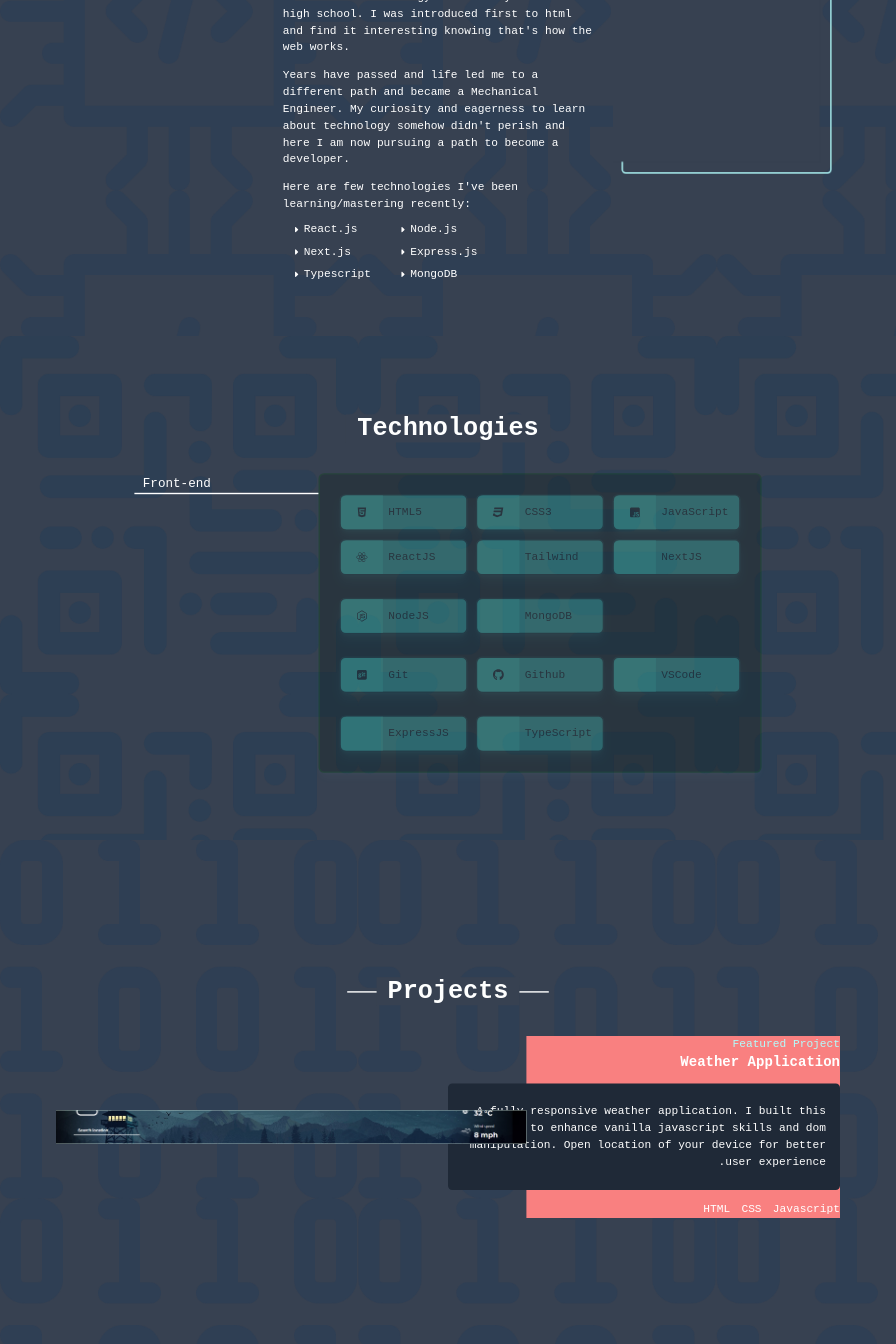
Repository: riandev25/nextjs-portfolio
Page: /
An editor plug-in stored every save of this project. The page is shown before and after the next save, followed by the edit.
The browser window is 1280 px wide. The pictures show the part of the page from y = 960 to 2880 px (the page is 2880 px tall), at 70% of full size.
Backgrounds fixed to the window are drawn as part of the page. The project was rebuilt for these pictures with package versions that can differ from the ones it lists, and the page was loaded fresh each time. The framework's server and built-in components were replaced by stand-ins that run in the browser. Also part of the build but not shown: next.config.js, components/Home/Keyboard/index.module.css, components/Home/Keyboard/index.jsx.

Above is the page before, as saved 2022-11-12 21:50:16.

### pages/_app.jsx
import Head from 'next/head';
import link from 'next/link';
import '../styles/globals.css';

import Layout from '../components/Layout';
import { ParallaxProvider } from 'react-scroll-parallax';

function MyApp({ Component, pageProps }) {
  return (
    <ParallaxProvider>
      <Head>
        <title>Rian Miguel Engracia</title>
        <meta name='viewport' content='initial-scale=1.0, width=device-width' />
        <link
          rel='apple-touch-icon'
          sizes='180x180'
          href='/apple-touch-icon.png'
        />
        <link
          rel='icon'
          type='image/png'
          sizes='32x32'
          href='/favicon-32x32.png'
        />
        <link
          rel='icon'
          type='image/png'
          sizes='16x16'
          href='/favicon-16x16.png'
        />
        <link rel='manifest' href='/site.webmanifest' />
        <link rel='mask-icon' href='/safari-pinned-tab.svg' color='#5bbad5' />
        <meta name='msapplication-TileColor' content='#2d89ef' />
        <meta name='theme-color' content='#ffffff' />
      </Head>
      <Layout>
        <Component {...pageProps} />
      </Layout>
    </ParallaxProvider>
  );
}

export default MyApp;

### pages/index.jsx
import Head from 'next/head';
import Image from 'next/image';
import Home from '../components/Home/Home';
import { Fragment } from 'react';
import Header from '../components/Header';
import About from '../components/About';
import Technologies from '../components/Technologies';
import Projects from '../components/Projects';

export default function Page() {
  return (
    <Fragment>
      <Header />
      <Home />
      <About />
      <Technologies />
      <Projects title='Projects' />
    </Fragment>
  );
}

### styles/globals.css
@tailwind base;
@tailwind components;
@tailwind utilities;

html,
body {
  padding: 0;
  margin: 0;
  /* font-family: 'Roboto', sans-serif; */
  font-family: monospace, sans-serif;
}

a {
  color: inherit;
  text-decoration: none;
}

* {
  box-sizing: border-box;
}

.image-filter {
  /* filter: invert(93%) sepia(19%) saturate(586%) hue-rotate(121deg)
    brightness(102%) contrast(97%); */
  filter: invert(93%) sepia(69%) saturate(347%) hue-rotate(120deg)
    brightness(104%) contrast(97%);
  opacity: 0.3;
  transition: filter 0.3s, opacity 0.3s;
}

.image-filter:hover {
  filter: none;
  opacity: 1;
}

@media (prefers-color-scheme: dark) {
  html {
    color-scheme: dark;
  }
  body {
    color: white;
    background: black;
  }
}

### components/Layout/index.jsx
import Header from '../Header';
import Email from '../Header/Email';

const Layout = ({ children }) => {
  return (
    <div className='relative w-full h-full bg-gray-700' dir='ltr'>
      <Header />
      <Email />
      {children}
    </div>
  );
};

export default Layout;

### components/Home/Home.jsx
import Link from 'next/link';
import Image from 'next/future/image';
import { useParallax } from 'react-scroll-parallax';
import styles from './index.module.css';
import DevImage from '../../assets/images/dev-image.svg';
import GithubImage from '../../assets/images/github-neon-fill.png';
import LinkedinImage from '../../assets/images/linkedin-neon-fill.png';
import FacebookImage from '../../assets/images/facebook-neon-fill.png';
import Keyboard from './Keyboard';
import { useState } from 'react';

export const images = [
  {
    id: 'github',
    imgSrc: GithubImage,
    link: 'https://github.com/riandev25',
  },
  {
    id: 'linkedin',
    imgSrc: LinkedinImage,
    link: 'https://www.linkedin.com/in/rian-miguel-engracia/',
  },
  {
    id: 'facebook',
    imgSrc: FacebookImage,
    link: 'https://web.facebook.com/rianmiguel.engracia',
  },
  {
    id: 'email',
    email: 'rianengracia@gmail.com',
  },
];

const nameArray = ['I', '&apos;', 'm', ' ', 'R', 'i', 'a', 'n'];
const jobArray = [
  'f',
  'u',
  'l',
  'l',
  ' ',
  's',
  't',
  'a',
  'c',
  'k',
  ' ',
  'd',
  'e',
  'v',
  'e',
  'l',
  'o',
  'p',
  'e',
  'r',
];

const Home = () => {
  const { ref } = useParallax({
    translateY: [-100, 30, 'easeInOut'],
  });
  const [keyboard, setKeyboard] = useState(true);
  return (
    <header className='flex justify-center items-center w-full h-screen px-20 bg-fixed bg-repeat bg-bg_gear_image'>
      <section ref={ref} className='w-4/12 space-y-4'>
        <div className='flex flex-col gap-2.5 place-items-start'>
          <h1 className={`text-xl font-thin text-white ${styles.typingLet}`}>
            Hi there!
          </h1>
          <h1 className='text-6xl font-bold animate-neon_text'>
            I&apos;m Rian Miguel
          </h1>
          <h1 className='text-xl text-white font-bold'>
            <span className='text-xl font-thin'>a</span> Full Stack Developer
          </h1>
        </div>
        <ul className='flex flex-row gap-4'>
          {images.map((item) => {
            if (item.id === 'email') return;
            return (
              <li
                className='block p-3 bg-gray-800 border rounded-lg border-[#b2fcfb] transition-all hover:scale-110'
                key={item.id}
              >
                <Link href={item.link} legacyBehavior>
                  <a className=''>
                    <Image
                      className=''
                      src={item.imgSrc}
                      alt={item.id}
                      width={20}
                      height={20}
                      sizes='5vw'
                    />
                  </a>
                </Link>
              </li>
            );
          })}
        </ul>
      </section>
      <section className='hidden lg:flex max-w-2xl h-full justify-center items-center'>
        <Image
          src={DevImage}
          alt='dev-image'
          width={500}
          height={500}
          sizes='(max-width: 768px) 50vw'
        />
        {/* <Keyboard /> */}
      </section>
    </header>
  );
};

export default Home;

### components/Header/index.jsx
import Logo from '../Logo';
import Navbar from './Navbar';
import { FontAwesomeIcon } from '@fortawesome/react-fontawesome';
import { faBars } from '@fortawesome/free-solid-svg-icons';

const Header = () => {
  return (
    <nav className='px-8 py-1 bg-gray-700 dark:bg-gray-900 fixed w-full z-50 top-0 left-0 border-b shadow-sm border-gray-700 md:px-20 md:py-3 dark:border-gray-600'>
      <div className='flex flex-row justify-between items-center w-full'>
        <section className=''>
          <Logo />
        </section>

        <div className='flex md:order-2'>
          <button
            type='button'
            className='hidden lg:flex bg-transparent text-[#b2fcfb] border border-[#b2fcfb] hover:bg-[#b2fcfb] hover:opacity-40 transition-all font-medium rounded-lg text-sm px-5 py-2.5 text-center mr-3 md:mr-0 dark:bg-blue-600 dark:hover:bg-blue-700 dark:focus:ring-blue-800'
          >
            Get started
          </button>
          <button
            data-collapse-toggle='navbar-sticky'
            type='button'
            className='cursor-pointer inline-flex items-center p-2 text-sm bg-white rounded-lg md:hidden hover:bg-gray-400 focus:outline-none focus:ring-2 focus:ring-gray-200 dark:text-gray-400 dark:hover:bg-gray-700 dark:focus:ring-gray-600'
            aria-controls='navbar-sticky'
            aria-expanded='false'
          >
            <span className='sr-only'>Open main menu</span>
            <FontAwesomeIcon icon={faBars} className='text-gray-800' />
          </button>
        </div>
        <Navbar />
      </div>
    </nav>
  );
};

export default Header;

### components/About/index.jsx
import Image from 'next/future/image';
import PageHeader from '../PageHeader';
import { FontAwesomeIcon } from '@fortawesome/react-fontawesome';
import { faCaretRight } from '@fortawesome/free-solid-svg-icons';
import ProgrammerImage from '../../assets/images/programmer.jpg';
import { useParallax } from 'react-scroll-parallax';

const technologies = [
  'React.js',
  'Node.js',
  'Next.js',
  'Express.js',
  'Typescript',
  'MongoDB',
];

const About = () => {
  return (
    <div className='pt-4 w-full h-screen flex flex-col gap-11 justify-center items-center text-white px-20 bg-bg_chip_image bg-fixed'>
      <PageHeader title='About me' />
      <div className='max-w-3xl flex flex-row gap-6'>
        <section className='max-w-md flex flex-col gap-4'>
          <p>
            Hi! I am Rian Miguel Engracia, a Registered Mechanical Engineer in
            the Philippines. My interest in technology started way back in high
            school. I was introduced first to html and find it interesting
            knowing that&apos;s how the web works.
          </p>
          <p>
            Years have passed and life led me to a different path and became a
            Mechanical Engineer. My curiosity and eagerness to learn about
            technology somehow didn&apos;t perish and here I am now pursuing a
            path to become a{' '}
            <span className='text-[neon-green] no-underline decoration-[neon-green] underline-offset-4 decoration-2 hover:underline'>
              developer
            </span>
            .
          </p>
          <div className='flex flex-col gap-3'>
            <p>
              Here are few technologies I&apos;ve been learning/mastering
              recently:
            </p>
            <ul className='grid grid-cols-3 gap-2'>
              {technologies.map((item, i) => {
                return (
                  <li
                    key={item}
                    className={`${(i + 1) % 2 === 0 ? 'col-span-2' : ''}
                    } flex justify-start items-center gap-2 pl-4`}
                  >
                    <FontAwesomeIcon icon={faCaretRight} className='w-1.5' />
                    <span className=''>{item}</span>
                  </li>
                );
              })}
            </ul>
          </div>
        </section>
        <section className='relative'>
          <div className='absolute z-20 w-[295px] h-[295px] bg-gray-700'></div>
          <Image
            className='relative z-30 rounded-md image-filter bg-[#b2fcfb] border-2 peer'
            src={ProgrammerImage}
            alt='developer'
            width={300}
            height={300}
            priority='false'
            sizes='(max-width: 768px) 100vw, 50vw'
          />
          <div className='absolute top-0 left-0 w-[300px] h-[300px] bg-transparent border-2 border-[#b2fcfb] transition-duration-300 delay-300 ease-in-out translate-x-3 translate-y-3 z-10 rounded-md peer-hover:translate-x-2 peer-hover:translate-y-2 '></div>
        </section>
      </div>
    </div>
  );
};

export default About;

### components/Projects/index.jsx
import Link from 'next/link';
import Image from 'next/future/image';
import PageHeader from '../PageHeader';
import WeatherImage from '../../assets/images/weather-app.png';
import { FontAwesomeIcon } from '@fortawesome/react-fontawesome';
import { faGithubAlt } from '@fortawesome/free-brands-svg-icons';
import { faSquareArrowUpRight } from '@fortawesome/free-solid-svg-icons';
import Links from './Links';

const TECH_WEATHER = ['HTML', 'CSS', 'Javascript'];
const WEATHER = [
  {
    id: 1,
    icon: faGithubAlt,
    link: 'https://riandev25.github.io/js-weather-app/dist/',
  },
  {
    id: 2,
    icon: faSquareArrowUpRight,
    link: 'https://riandev25.github.io/js-weather-app/dist/',
  },
];

const Projects = () => {
  return (
    <div className='pt-4 flex flex-col w-full h-screen gap-11 justify-center items-center text-white px-20 bg-bg_binary_image bg-fixed'>
      <PageHeader title='Projects' />
      <div className='flex flex-row justify-center items-center max-w-full '>
        <section className='relative w-full h-12 bg-green-100 flex-auto flex'>
          <Image
            src={WeatherImage}
            alt='weather-app'
            fill
            className='object-cover absolute'
          />
        </section>
        <section
          className='w-[28rem] overflow-visible bg-red-400 space-y-4'
          dir='rtl'
        >
          <div className='flex flex-col justify-end items-end' dir='ltr'>
            <h2 className='text-neon text-right'>Featured Project</h2>
            <h1 className='text-xl font-bold text-right'>
              Weather Application
            </h1>
          </div>
          <div className='w-[35rem] bg-gray-800 p-7 pr-5 rounded-md'>
            <p className='text-right'>
              A fully responsive weather application. I built this project to
              enhance vanilla javascript skills and dom manipulation. Open
              location of your device for better user experience.
            </p>
          </div>
          <ul
            className='flex flex-row justify-end items-center gap-4'
            dir='ltr'
          >
            {TECH_WEATHER.map((item) => {
              return <li key={item}>{item}</li>;
            })}
          </ul>
          <Links array={WEATHER} />
        </section>
      </div>
    </div>
  );
};

export default Projects;

### components/Header/Email.jsx
import Link from 'next/link';
import Image from 'next/image';
import { images } from '../Home/Home';

const Email = () => {
  return (
    <aside className='fixed bottom-64 right-0'>
      <div className='flex justify-center items-center relative rotate-90'>
        <Link href='' legacyBehavior>
          <a className='z-50 transition-all text-[#b2fcfb] bg-gray-700 px-2 hover:text-[#68fffc] hover:scale-110'>
            rianengracia@gmail.com
          </a>
        </Link>
        <div className='w-96 bg-[#b2fcfb] absolute top-1/2 left-0 h-px'></div>
      </div>
    </aside>
  );
};

export default Email;

### components/Home/index.module.css
.typingLet {
  width: 134px;
  animation: typing 2s steps(12), blink 0.5s step-end infinite alternate;
  white-space: nowrap;
  overflow: hidden;
  border-right: 3px solid;
  font-family: monospace;
  font-size: 2em;
}

@keyframes typing {
  from {
    width: 0;
  }
}

@keyframes blink {
  50% {
    border-color: transparent;
  }
}

### components/Logo/index.jsx
import Image from 'next/future/image';
import LogoImage from '../../assets/images/logo.svg';
import LogoDark from '../../assets/images/logo-dark.svg';
import LogoLight from '../../assets/images/logo-light.svg';
import {
  faAngleLeft,
  faGear,
  faforward,
} from '@fortawesome/free-solid-svg-icons';
import { FontAwesomeIcon } from '@fortawesome/react-fontawesome';

const Logo = () => {
  return (
    <div className='flex items-center relative'>
      <Image
        src={LogoImage}
        alt='logo'
        width={185}
        height={55}
        className='hidden md:flex'
        sizes='(max-width: 768px) 15vw'
      />
      {/* <Image
        src={LogoLight}
        alt='logo-light'
        width={50}
        height={50}
        className='flex md:hidden'
        sizes='(max-width: 768px) 15vw'
      /> */}
    </div>
  );
};

export default Logo;

### components/Header/Navbar.jsx
import Link from 'next/link';

const Navbar = () => {
  const data = [
    {
      id: 'Home',
    },
    {
      id: 'About',
    },
    {
      id: 'Technologies',
    },
    {
      id: 'Projects',
    },
  ];
  return (
    <div
      className='hidden absolute top-0 right-0 justify-between items-center w-full md:flex md:relative md:w-auto md:order-1'
      id='navbar-sticky'
    >
      <ul className='flex flex-col justify-center items-center flex-auto rounded-lg md:justify-between md:flex-row md:space-x-12 md:p-2 md:mt-0 md:text-sm md:font-medium md:border-0 dark:bg-gray-800 md:dark:bg-gray-900 dark:border-gray-700'>
        {data.map((item) => {
          return (
            <li key={item.id} className='relative group'>
              <Link href={item.id}>
                <a
                  className='block py-2 px-1 text-base font-extralight text-white dark:text-white'
                  // aria-current='page'
                >
                  {item.id}
                </a>
              </Link>

              <span className='z-50 absolute bottom-1.5 w-0 h-[1px] bg-white transition-all md:group-hover:w-full'></span>
            </li>
          );
        })}
      </ul>
    </div>
  );
};

export default Navbar;

### components/PageHeader/index.jsx
const PageHeader = ({ title }) => {
  return (
    <div className='relative overflow-visible flex justify-center items-center'>
      <h1 className='relative z-10 w-full text-4xl font-bold flex flex-start bg-gray-700 px-4 animate-neon_text'>
        {title}
      </h1>
      <span className='absolute top-1/2 w-72 h-0.5 bg-white animated-neon_bg'></span>
    </div>
  );
};

export default PageHeader;

### components/Projects/Links.jsx
import Link from 'next/link';
import { FontAwesomeIcon } from '@fortawesome/react-fontawesome';

const Links = ({ array }) => {
  array.map((item) => {
    return (
      <ul key={item.id} className='flex flex-row'>
        <li>
          <Link href={item.link} passHref>
            <a>
              <FontAwesomeIcon icon={item.icon} className='text-white w-3' />
            </a>
          </Link>
        </li>
      </ul>
    );
  });
};

export default Links;

// 'https://riandev25.github.io/js-weather-app/dist/'

Loaded but not shown: tailwind.config.js (60 lines, source omitted); pages/_document.js (24 lines, source omitted); components/Technologies/index.jsx (206 lines, source omitted)

After the next save:
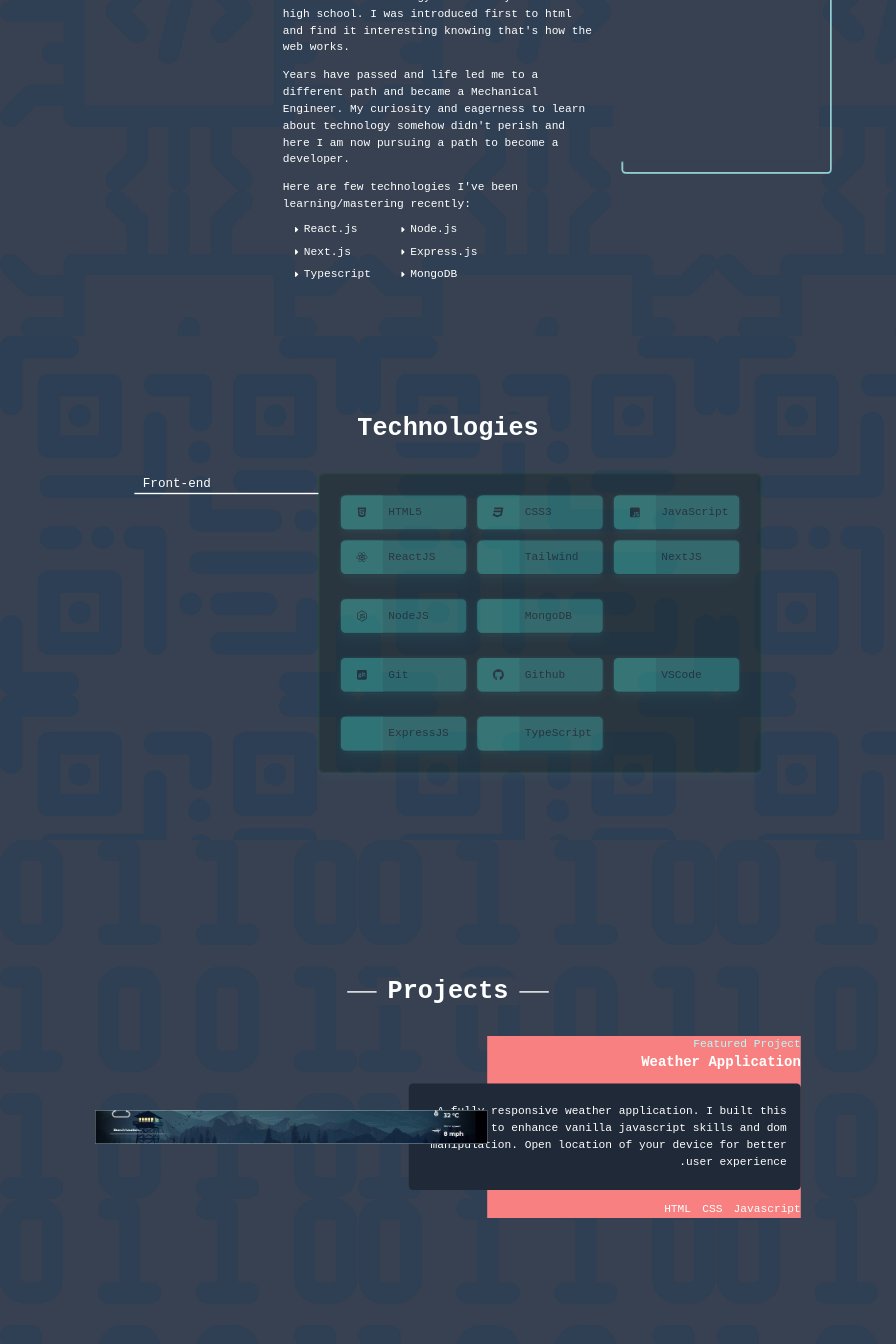
Saved 7 s later.
--- a/components/Projects/index.jsx
+++ b/components/Projects/index.jsx
@@ -26,7 +26,7 @@
     <div className='pt-4 flex flex-col w-full h-screen gap-11 justify-center items-center text-white px-20 bg-bg_binary_image bg-fixed'>
       <PageHeader title='Projects' />
       <div className='flex flex-row justify-center items-center max-w-full '>
-        <section className='relative w-full h-12 bg-green-100 flex-auto flex'>
+        <section className='relative w-[35rem] h-12 bg-green-100 flex-auto flex'>
           <Image
             src={WeatherImage}
             alt='weather-app'

After the save that followed:
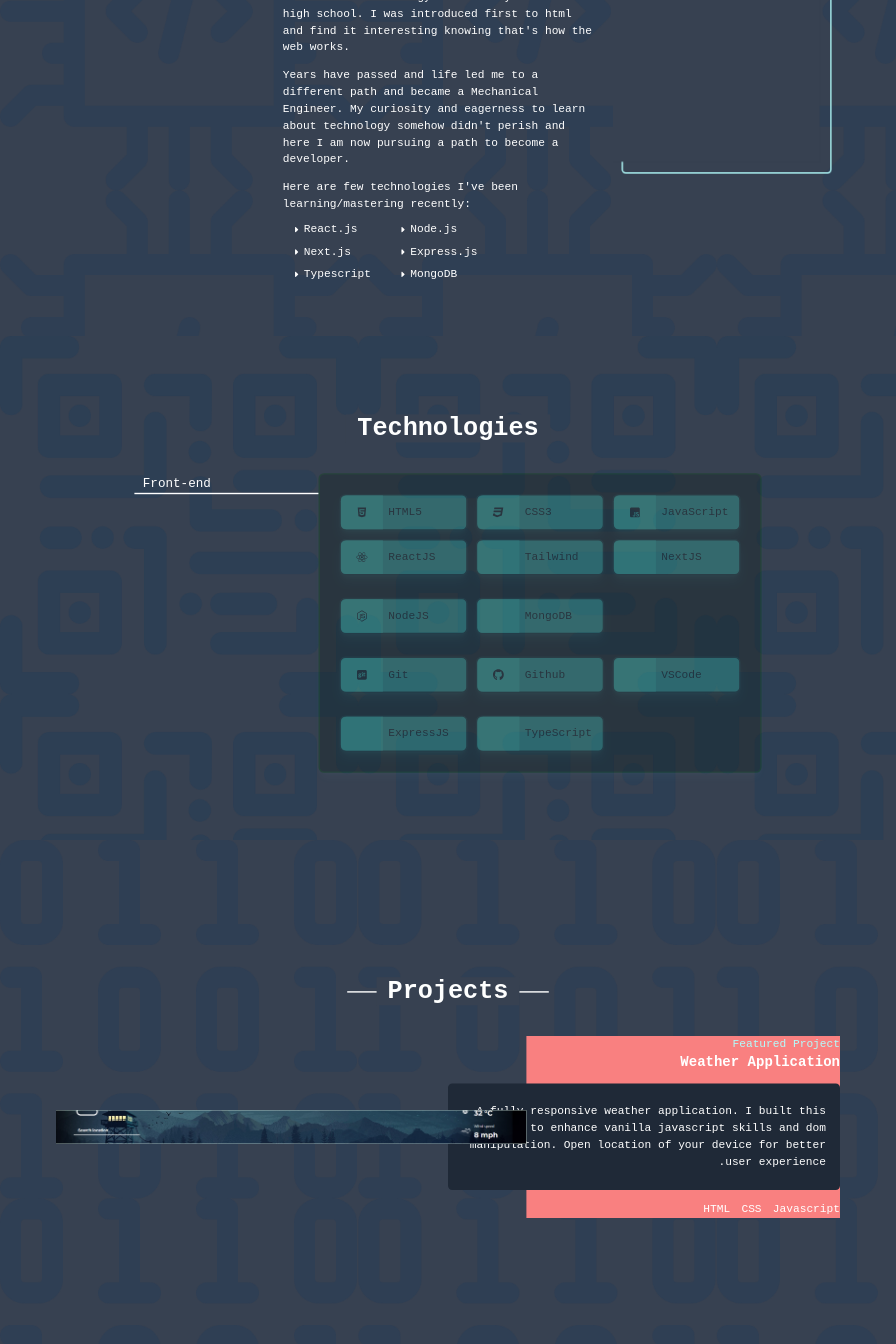
Saved 15 s later.
--- a/components/Projects/index.jsx
+++ b/components/Projects/index.jsx
@@ -26,7 +26,7 @@
     <div className='pt-4 flex flex-col w-full h-screen gap-11 justify-center items-center text-white px-20 bg-bg_binary_image bg-fixed'>
       <PageHeader title='Projects' />
       <div className='flex flex-row justify-center items-center max-w-full '>
-        <section className='relative w-[35rem] h-12 bg-green-100 flex-auto flex'>
+        <section className='relative w-[80rem] h-12 bg-green-100 flex-auto flex'>
           <Image
             src={WeatherImage}
             alt='weather-app'
